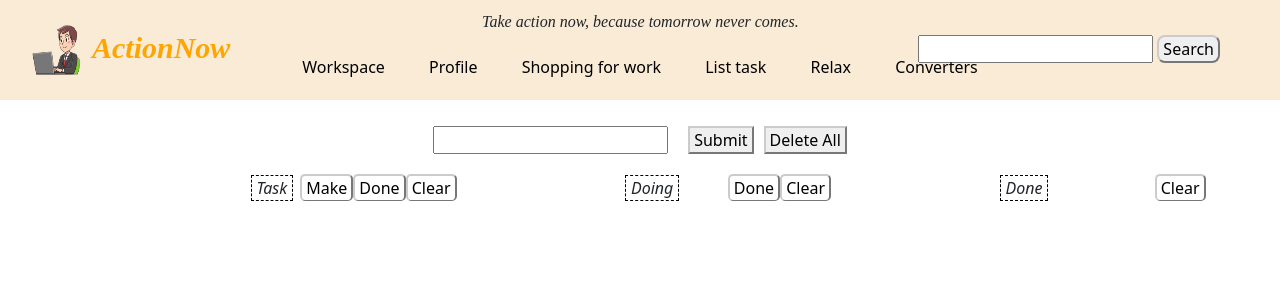
Repository: huavantinh/todo
Page: index.html
The author's editor kept a copy of each file at every save. The page is drawn from the files as they stood at one save, then again after the next save.
The browser window is 1280 px wide. The pictures show the whole page.

Above is the page before, as saved 2023-04-18 16:49:58.

### index.html
<!DOCTYPE html>
<html lang="en">

<head>
  <meta charset="UTF-8" />
  <meta http-equiv="X-UA-Compatible" content="IE=edge" />
  <meta name="viewport" content="width=device-width, initial-scale=1.0" />
  <title>Document</title>
  <link rel="stylesheet" href="./css/style.css" />
  <link rel="stylesheet" href="https://cdn.jsdelivr.net/npm/bootstrap@5.2.3/dist/css/bootstrap.min.css"
    integrity="sha384-rbsA2VBKQhggwzxH7pPCaAqO46MgnOM80zW1RWuH61DGLwZJEdK2Kadq2F9CUG65" crossorigin="anonymous" />
</head>

<body>
  <nav class="nav-bar navbar navbar-default">
    <div class="container-fluid">
      <div class="brand">
        <!-- line1top -->
        <img src="./css/img/logo-brand.png" alt="Brand" />
        <i id="i1">ActionNow</i>
        <i id="i2">Take action now, because tomorrow never comes.</i>
        <!-- search  -->
        <div class="search-box">
          <input type="text" />
          <button>Search</button>
        </div>
      </div>
      <!-- menu  -->
      <div class="nav-menu">
        <div class="list-menu">
          <a href="">Workspace</a>
          <a href="">Profile</a>
          <a href="">Shopping for work</a>
          <a href="">List task</a>
          <a href="">Relax</a>
          <a href="">Converters</a>
        </div>
      </div>
    </div>
  </nav>
  <div>

    <div class="container">
      <div class="add">
        <div class="box-add">
          <div class="input-box">
            <input id="input-sub" type="text" />
            <span style="
                  color: #656966;
                  font-size: 10px;
                  position: absolute;
                  bottom: 0;
                  right: 0;
                " class="message" id="new-task-message">Please enter new task!</span>
          </div>

          <button class="submit-bt" id="button-submit" onclick="submit()">Submit</button>
          <button  class="deleteall" id="delete" onclick="deleteAll()">Delete All</button>
          <!-- <button class="checkall" id="checkall" onclick="checkAll(this)">Check All</button> -->
          <!-- <button class="uncheckall" id="uncheckall" onclick="unCheckAll(this)">
            UnCheck All
          </button> -->
        </div>
      </div>
      <div class="table">
        <div class="tasklist col-list">
          <div class="linetitle linetasktitle">
            <i class="title" id="i1"> Task </i>
          <button id="makeall">Make</button>
          <button id="doneall1">Done</button>
          <button id="clear1">Clear</button>
          </div>
          <div id="products" class="col-item col-1"></div>
        </div>

        <div class="doinglist col-list">
          <div class="linetitle linedoingtitle">
            <i class="title" id="i2">Doing</i>
          <button id="doneall2">Done</button>
          <button id="clear2">Clear</button>
          </div>

          <div id="idoing" class="col-item col-2"></div>
        </div>

        <div class="donelist col-list">
          <div class="linetitle linedonetitle">
            <i class="title" id="i3">Done</i>
          <button id="clear3">Clear</button>
          </div>
          <div id="idone" class="col-item col-3"></div>
        </div>

      </div>
    </div>
  </div>
  </div>

  <script src="https://code.jquery.com/jquery-3.6.4.min.js"
    integrity="sha256-oP6HI9z1XaZNBrJURtCoUT5SUnxFr8s3BzRl+cbzUq8=" crossorigin="anonymous"></script>
  <script type="text/javascript" src="https://cdn.jsdelivr.net/npm/bootstrap@5.2.3/dist/js/bootstrap.min.js"></script>
  <script src="./app.js"></script>
</body>

</html>

### css/style.css
    /* resetcss */
    *{
        padding: 0;
        margin: 0;
    }

    button {
        border-radius: 5px;
        border-color: #cccaca;
        padding: 0 4px;
    }

    /* Nav */
    .container-fluid{
        position: fixed;
        top: 0;
        left: 0;
        right: 0;
        z-index: 99999;
        background-color: antiquewhite;
    }


    .brand{
        /* position: relative; */
        display: flex;
        width: 100%;
        height: 50px;
    }
    .nav-menu{
        display: flex;
        justify-content: center;
        width: 100%;
        height: 50px;
        border-radius: 10px;
    }
    .nav-menu .list-menu{
        position: absolute;
        justify-content: center;
        align-items: center;
        margin-top: 5px;
    }
    .nav-menu .list-menu a{
        color: black;
        text-decoration: none;
        font-family: inherit;
        font-weight: 450;
        margin: 0 20px;
    }

    .brand {
        display: flex;
        /* justify-content: center; */
    }
    .brand .search-box{
        position: absolute;
        right: 60px;
        top: 35px;
        /* justify-content: center;
        align-items: center;
        position: absolute;
        right: 0;

        display: flex;
        border: none; */
        /* cursor: pointer; */
    }

    .search-box button {
        border-radius: 8px;

        /* right: 10px; */
    }

    .search-box button:hover {
        background-color:orange;;
        border-radius: 8px;
    }
    .brand img {
        position: relative;
        left: 20px;
        position: relative;
        top: 50%;
        width: 50px;
        height: 50px;
        border-color: orange;
    }
    .brand #i1{
        position: relative;
        left: 20px;
        top: 30%;
        margin: 10px;
        float: left;
        width: 390px;
        max-width: 400px;
        font-size: 30px;
        color: orange;
        font-family: cursive;
        font-weight: 700;
    }

    .brand #i2{
        justify-content: center;
        align-items: center;
        margin: 10px;
        width: 390px;
        max-width: 400px;
        font-family: cursive;
        font-weight: 500;
    }

    body{
        /* position: relative; */
        background-color: #3b3b3b;

        padding-top: 90px;
    }

    .add {
        display: flex;
        justify-content: center;
        align-items: center;
        margin-top: 20px;
        position: relative;

    }

    .box-add {
        display: flex;
        align-items: center;
    }

    .box-add .input-box {
        margin-right: 10px;
    }

    .box-add button {
        margin-left: 10px;
    }

    /* .box-add .input-box .submit-bt {
        position: absolute;
        right: 200px;
    } */


    button#button-submit {
        right: 410px;
    }

    button#checkall {
        right: 335px;
    }
    button#uncheckall {
        right: 240px;
    }
    button#delete {
        right: 163px;
    }

    .message
    {
        display: none;
    }
    .error-message {
        display: inline;;
    }


    /* Task Table  */
    .table {
        display: flex;
        width: 100%;
        position: relative;
    }

    .table .col-list {
        width: 100% / 3;
        margin-top: 20px;
        position: relative;
    }

    .table .linetitle {
        display: flex;
    }

    .table .linetitle .title{
        margin-left: 45%;
    }
    .table button {
        border-radius: 5px;
        border-color: #cccaca;
        padding: 0 4px;
    }
    .table .linetitle button {
        border-radius: 5px;
        border-color: #cccaca;
        padding: 0 4px;
    }


    .table .col-item {
        /* display: flex; */
        float: left;
        width: calc(1116px / 3 - 5px );
        height: auto;
        justify-content: center;
        background-color: rgb(231, 227, 108);
        border-radius: 10px;
        margin-left: 7.5px;
    }

    .table .col-2 {
        background-color: rgb(180, 255, 195);
    }

    .table .col-3 {
        background-color: rgb(255, 148, 225);
    }


    .table .col-list i {
        display: block;
        text-align: center;
        margin-bottom: 10px;
        max-width: fit-content;
        margin: auto;
        border: 1.2px dashed black;
        padding: 0 5px;
    }

    .tasklist .col-item {
        float: left;
        border-radius: 10px;
        width: calc(1116px / 3 - 5px );
        justify-content: center;
        display: block;
    }



    .product1 {
        margin-left: 10px;
        border-bottom: 1px solid #636363 ;
        /* height: 30px;  */
        align-items: center;
        display: flex;
        /* flex: auto; */
        /* flex-wrap:wrap; */
    }
    .taskname{
        text-overflow: clip;
        display: block;
        width: 70%;
    }

    .checkbox {
        margin: 0 5px;
        color: aquamarine;
        right: 10px;
        top: 8px;
    }


    .checkbox-item button {
        right: 5px;

    }

    .product1 .delete-item {
        right: 5px;
    }

### app.js
let todos =
  localStorage.length > 0 ? JSON.parse(localStorage.getItem("todolist")) : [];

let idoingsave =
  localStorage.length > 0 ? JSON.parse(localStorage.getItem("idoinglist")) : [];

let idonesave =
  localStorage.length > 0 ? JSON.parse(localStorage.getItem("idonelist")) : [];

function submit() {
  let textBox = document.getElementById("input-sub");
  let content = textBox.value;
  let randId = Math.random();
  document.getElementById("new-task-message").classList.add("error-message");
  if (content == "") {
    onkeydown = function () {
      document
        .getElementById("new-task-message")
        .classList.remove("error-message");
    };
    return;
  } else {
    addContent(content, randId);
    textBox.value = "";

    todos.push(content);
    setstorages();
  }
}

function setstorages() {
  localStorage.length > 0 &&
    localStorage.setItem("todolist", JSON.stringify(todos));
}
function setstorages2() {
  localStorage.length > 0 &&
    localStorage.setItem("idoinglist", JSON.stringify(idoingsave));
}
function setstorages3() {
  localStorage.length > 0 &&
    localStorage.setItem("idonelist", JSON.stringify(idonesave));
}

function addContent(content, randId) {
  document.getElementById("new-task-message").classList.remove("error-message");

  $("#products").append(
    '<div style="color: black" class="producttask product1" id="row' +
      randId +
      '">' +
      '<div class="taskname">' +
      content +
      "</div>" +
      '<div><button class="make" onclick="makedoing(event)"> Make </button></div>' +
      '<div class="checkbox-item"><input id="' +
      '"  class="checkbox" type="checkbox"  onclick="checkItem(event)"/></div> <button class"delete-item" onclick="deleteItem(event)">Delete</button>' +
      "</div>"
  );
}
function addContent2(content, randId) {
  document.getElementById("new-task-message").classList.remove("error-message");

  $("#idoing").append(
    '<div style="color: black" class=" productdoing product1" id="row' +
      randId +
      '">' +
      '<div class="taskname">' +
      content +
      "</div>" +
      '<div class="checkbox-item"><input class="checkbox" type="checkbox"  onclick="checkidoing(event)"/></div> <button class"delete-item" onclick="deleteItemdoing(event)">Delete</button>' +
      "</div>"
  );
}
function addContent3(content, randId) {
  document.getElementById("new-task-message").classList.remove("error-message");

  $("#idone").append(
    '<div style="color: black" class="productdone product1" id="row' +
      randId +
      '">' +
      '<div class="taskname">' +
      content +
      "</div>" +
      '<button class= "  delete-item" onclick="deleteItemdone(event)">Delete</button>' +
      "</div>"
  );
}
// function make all columns
let makebutton = document.getElementById("makeall");
makebutton.addEventListener("click", makecol);
function makecol() {
  idoingsave = idoingsave.concat(todos);
  var products = document.getElementById("products");
  let doings = document.getElementById("idoing");
  while (products.firstChild) {
    doings.appendChild(products.firstChild);
  }
  clearitemscol();
  setstorages2();
}

//functions for doneall1 button
let donebutton = document.getElementById("doneall1");
donebutton.addEventListener("click", doneall);
function doneall() {
  let products = document.getElementById("products");
  let dones = document.getElementById("idone");
  idonesave = idonesave.concat(todos);
  while (products.firstChild) {
    dones.appendChild(products.firstChild);
  }
  clearitemscol();
  setstorages();
  setstorages3();
}

//functions for doneall2 button
let donebutton2 = document.getElementById("doneall2");
donebutton2.addEventListener("click", doneall2);
function doneall2() {
  let doings = document.getElementById("idoing");
  let dones = document.getElementById("idone");
  idonesave = idonesave.concat(idoingsave);
  while (doings.firstChild) {
    dones.appendChild(doings.firstChild);
  }
  clearitemscol2();
  setstorages2();
  setstorages3();
}

// function clearitems in columns
let clearitems = document.getElementById("clear1");
clearitems.addEventListener("click", clearitemscol);
function clearitemscol() {
  var products = document.getElementById("products");
  while (products.firstChild) {
    products.removeChild(products.firstChild);
  }
  console.log(products);
  todos = [];
  console.log(todos);
  setstorages();
}

let clearitem2 = document.getElementById("clear2");
clearitem2.addEventListener("click", clearitemscol2);
function clearitemscol2() {
  var doings = document.getElementById("idoing");
  while (doings.firstChild) {
    doings.removeChild(doings.firstChild);
  }
  idoingsave = [];
  setstorages2();
}

let clearitem3 = document.getElementById("clear3");
clearitem3.addEventListener("click", clearitemscol3);
function clearitemscol3() {
  var dones = document.getElementById("idone");
  while (dones.firstChild) {
    dones.removeChild(dones.firstChild);
  }
  idonesave = [];
  setstorages3();
}

function deleteAll() {
  var products = document.getElementById("products");
  products.innerHTML = "";
}
// function checkAll() {
//   var checkboxes = document.getElementsByClassName("checkbox");
//   for (var checkbox of checkboxes) {
//     checkbox.checked = true;
//     checkbox.closest("div").parentNode.style.color = "red";
//   }
// }
// function unCheckAll() {
//   var checkboxes = document.getElementsByClassName("checkbox");
//   for (var checkbox of checkboxes) {
//     checkbox.checked = false;
//     checkbox.closest("div").parentNode.style.color = "orange";
//   }
// }
var textBox2 = document.getElementById("input-sub");
textBox2.addEventListener("keyup", function (event) {
  if (event.keyCode === 13) {
    submit();
  }
});

function deleteItem(event) {
  var products = document.getElementById("products");
  var arraypro = document.getElementsByClassName("producttask");
  var div = event.currentTarget.parentNode;
  let index1 = Array.prototype.indexOf.call(arraypro, div);
  // let index2 = Array.prototype.indexOf.call(todos2, index1);  ////////check lại function này. không lọc ra được index trong todos
  // console.log(index2)
  todos.splice(index1, 1); // dùng luôn index 1 . vì 2 array giống, index nó giống nhau
  products.removeChild(div);
  setstorages();
}
function deleteItemdoing(event) {
  var doings = document.getElementById("idoing");
  var arraypro = document.getElementsByClassName("productdoing"); //// cần phân biệt 3 cột, tìm arraypro của cột 2
  var div = event.currentTarget.parentNode;
  let index1 = Array.prototype.indexOf.call(arraypro, div);
  // let index2 = Array.prototype.indexOf.call(idoingsave, index1);
  idoingsave.splice(index1, 1);
  doings.removeChild(div);
  setstorages2();
}
function deleteItemdone(event) {
  // debugger
  var dones = document.getElementById("idone");
  var arraypro = document.getElementsByClassName("productdone"); //// cần phân biệt 3 cột, tìm arraypro của cột 3
  var div = event.currentTarget.parentNode;
  let index1 = Array.prototype.indexOf.call(arraypro, div);
  // let index2 = Array.prototype.indexOf.call(idonesave, index1);
  dones.removeChild(div);
  idonesave.splice(index1, 1);

  setstorages3();
}

function checkItem(event) {
  var currenti = event.currentTarget;
  var color = currenti.checked ? "red" : "orange";
  currenti.closest("div").parentNode.style.color = color;
  let div = event.currentTarget.parentNode;
  let div2 = event.currentTarget.parentNode.parentNode;
  // insert to done list
  let content = div2.firstChild.textContent;
  // debugger
  idonesave.push(content);
  let indextext = Array.prototype.indexOf.call(todos, content);
  todos.splice(indextext, 1);
  let randId = Math.random();
  $("#idone").append(
    '<div style="color: black" class="product1 productdone" id="row' +
      randId +
      '">' +
      '<div class="taskname">' +
      content +
      '</div> <button class"delete-item" onclick="deleteItemdone(event)">Delete</button>' +
      "</div>"
  );

  let products = document.getElementById("products");
  products.removeChild(div2);
  setstorages();
  setstorages3();
}

document.addEventListener("DOMContentLoaded", function () {
  // debugger
  if (Array.isArray && todos.length > 0) {
    todos.forEach(function printlocal(content, index) {
      addContent(content, index);
    });
  }
  if (Array.isArray && idoingsave.length > 0) {
    idoingsave.forEach(function printlocal2(content, index) {
      addContent2(content, index);
    });
  }
  if (Array.isArray && idonesave.length > 0) {
    idonesave.forEach(function printlocal3(content, index) {
      addContent3(content, index);
    });
  }
});

// moveitem to done
function makedoing(event) {
  let itemcurrent = event.currentTarget.parentNode.parentNode;
  let listitem = document.getElementsByClassName(" producttask");
  //change object to array
  let listarray = Array.from(listitem);
  //Lấy index của item trong list
  let indexpro = Array.prototype.indexOf.call(listarray, itemcurrent);

  listarray.splice(indexpro, 1);

  let content = itemcurrent.firstChild.textContent;
  let randId = Math.random();
  $("#idoing").append(
    ' <div style="color: black" class="productdoing product1" id="row' +
      randId +
      '">' +
      '<div class="taskname">' +
      content +
      ' </div> <div class="checkbox-item"><input id="' +
      '"  class="checkbox" type="checkbox"   onclick="checkidoing(event)" /></div>' +
      '<button class"delete-item" onclick="deleteItemdoing(event)">Delete</button>' +
      "</div>"
  );
  // debugger

  let products = document.getElementById("products");
  products.removeChild(itemcurrent);
  idoingsave.push(content);

  let indextext = Array.prototype.indexOf.call(todos, content);
  todos.splice(indextext, 1);
  setstorages();

  setstorages2();
}

function checkidoing(event) {
  //change color
  // var currenti = event.currentTarget;
  // var color = currenti.checked ? "red" : "orange";
  // currenti.closest("div").parentNode.style.color = color;
  // let div = event.currentTarget.parentNode;
  let div2 = event.currentTarget.parentNode.parentNode;
  //move colum
  let productdoing = document.getElementsByClassName("productdoing");
  let produclistj = Array.from(productdoing);
  let index1 = Array.prototype.indexOf.call(produclistj, div2);
  produclistj.splice(index1, 1);
  let content = div2.firstChild.textContent;
  let randId = Math.random();
  $("#idone").append(
    '<div style="color: black" class="productdone product1" id="row' +
      randId +
      '">' +
      '<div class="taskname">' +
      content +
      '</div> <button class"delete-item" onclick="deleteItemdone(event)">Delete</button>' +
      "</div>"
  );

  idonesave.push(content);
  let idoing = document.getElementById("idoing");
  idoing.removeChild(div2);
  idoingsave.splice(index1, 1);
  setstorages2();
  setstorages3();
}
console.log(todos);
console.log(idoingsave);
console.log(idonesave);

After the next save:
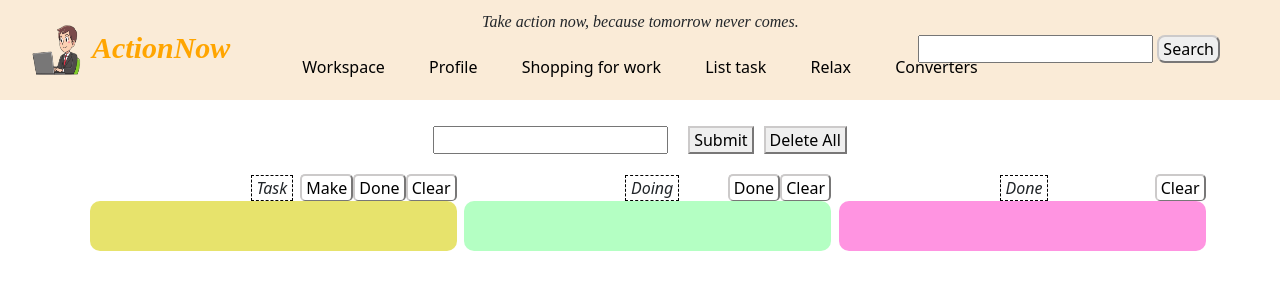
Saved 24 s later.
--- a/css/style.css
+++ b/css/style.css
@@ -204,6 +204,7 @@
         float: left;
         width: calc(1116px / 3 - 5px );
         height: auto;
+        min-height: 50px;
         justify-content: center;
         background-color: rgb(231, 227, 108);
         border-radius: 10px;
